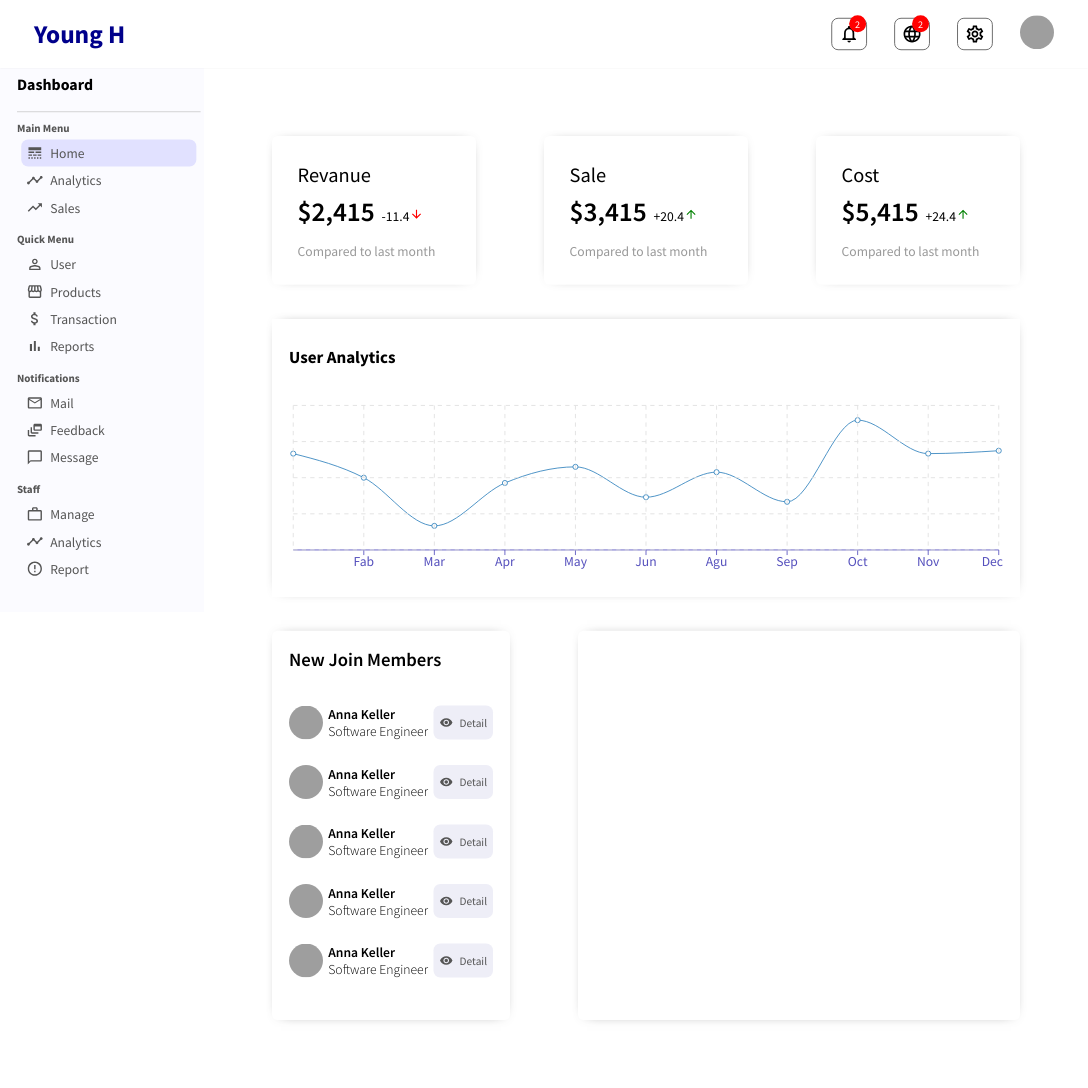
Repository: noname20011/admin
Page: /
The author's editor kept a copy of each file at every save. The page is drawn from the files as they stood at one save, then again after the next save.
The browser window is 1280 px wide. The pictures show the whole page, at 85% of full size.
Pictures or frames that could not be fetched are drawn as grey boxes. The project was rebuilt for these pictures with package versions that can differ from the ones it lists, and the page was loaded fresh each time.

Above is the page before, as saved 2021-11-14 08:59:04.

After the next save:
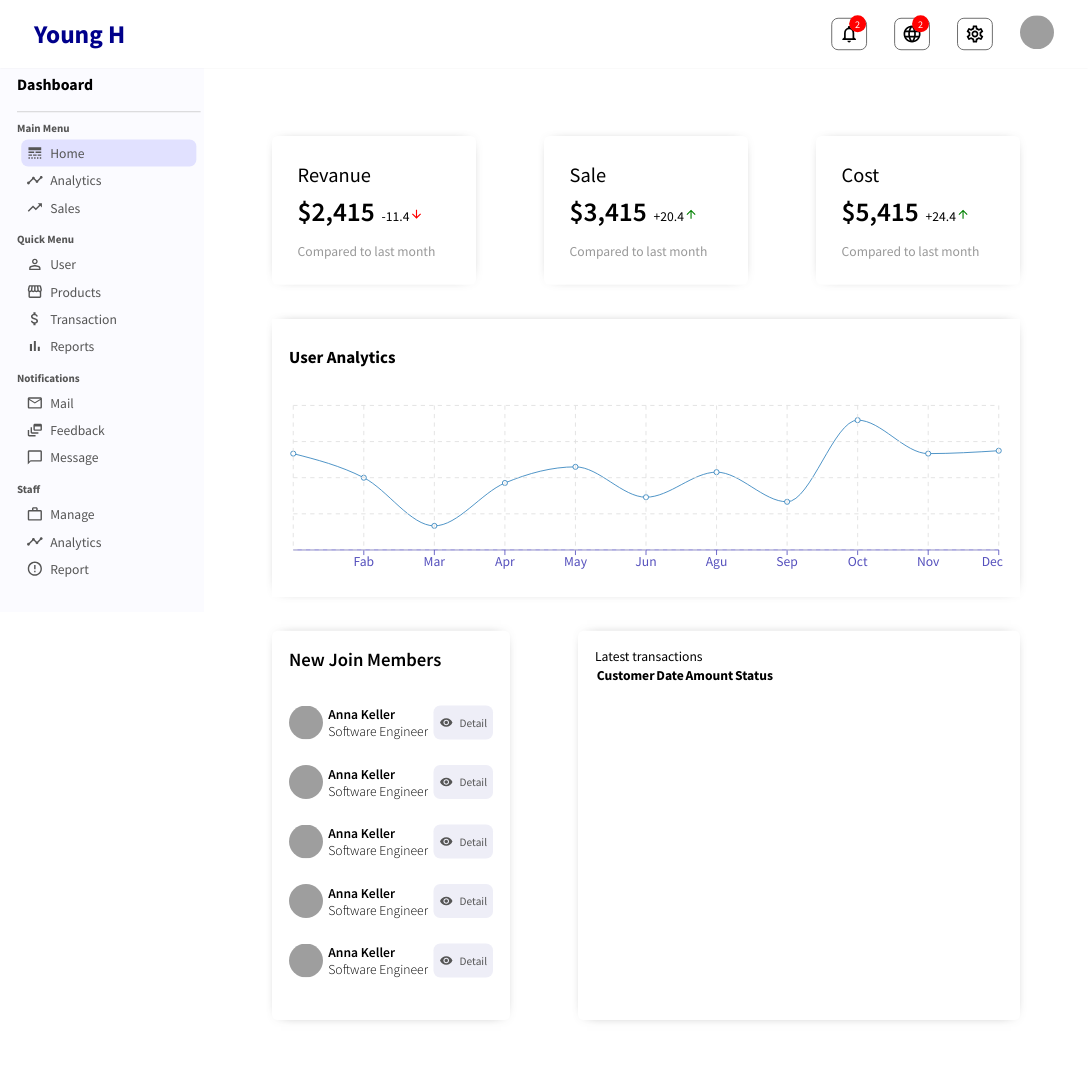
Saved 104 s later.
--- a/src/comopnents/widgetLg/WidgetLg.jsx
+++ b/src/comopnents/widgetLg/WidgetLg.jsx
@@ -3,7 +3,15 @@ import React from "./widgetLg.css"
 export default function WidgetLg() {
     return (
         <div className="widgetLg">
-            <span className="widgetLgTitle"></span>
+            <span className="widgetLgTitle">Latest transactions</span>
+            <table className="widgetLgTable">
+                <tr className="widgetLgTr">
+                    <th className="widgetLdTh">Customer</th>
+                    <th className="widgetLdTh">Date</th>
+                    <th className="widgetLdTh">Amount</th>
+                    <th className="widgetLdTh">Status</th>
+                </tr>
+            </table>
         </div>
     )
 }
